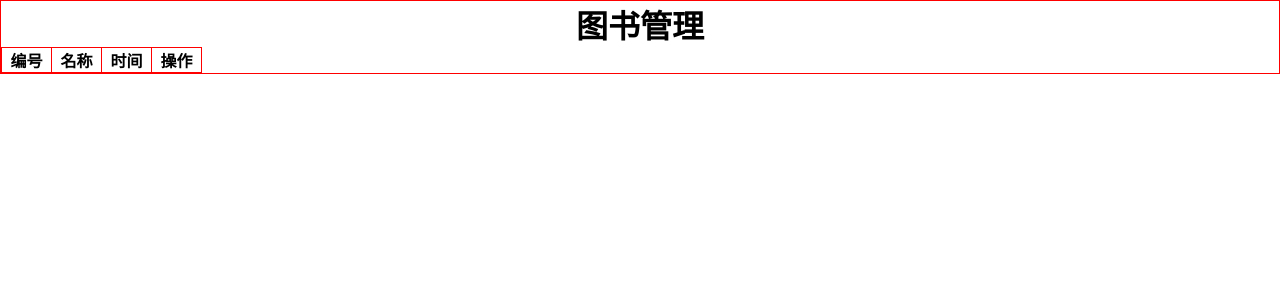
Repository: chenguocan/Vue_demo_1
Page: vue_demo_03/图书管理.html
An editor plug-in stored every save of this project. The page is shown before and after the next save, followed by the edit.
The browser window is 1280 px wide. The pictures show the whole page.

Above is the page before, as saved 2020-07-21 16:00:17.

After the next save:
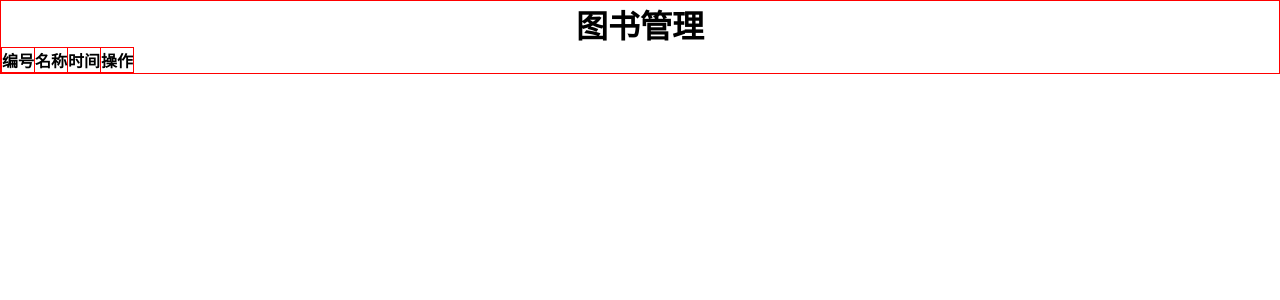
Saved 11 s later.
--- a/vue_demo_03/图书管理.html
+++ b/vue_demo_03/图书管理.html
@@ -18,7 +18,7 @@
         border-collapse: collapse;
       }
       th {
-        width: 50px;
+        table-layout: auto;
         border: 1px solid red;
         border-collapse: collapse;
       }
